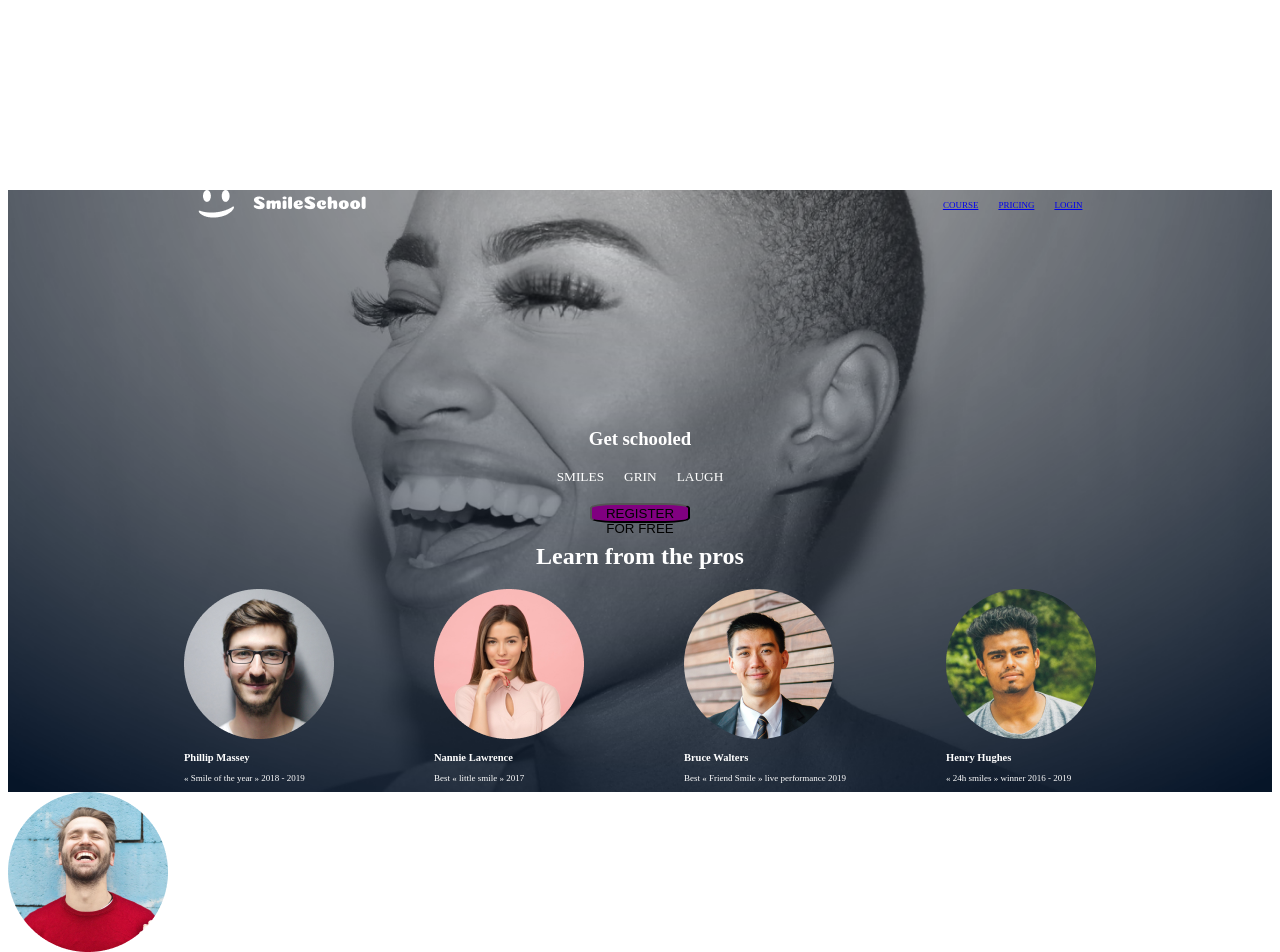
Repository: mwihakiann/alx_html_css
Page: css_advanced/index.html
An editor plug-in stored every save of this project. The page is shown before and after the next save, followed by the edit.
The browser window is 1280 px wide. The pictures show the part of the page from y = 0 to 952 px (the page is 3642 px tall before and 3722 px after).
A picture or video elsewhere on the page could not be fetched, so the positions and the page height are approximate. Some web libraries are served in a nearby version.

Above is the page before, as saved 2025-09-28 18:19:57.

After the next save:
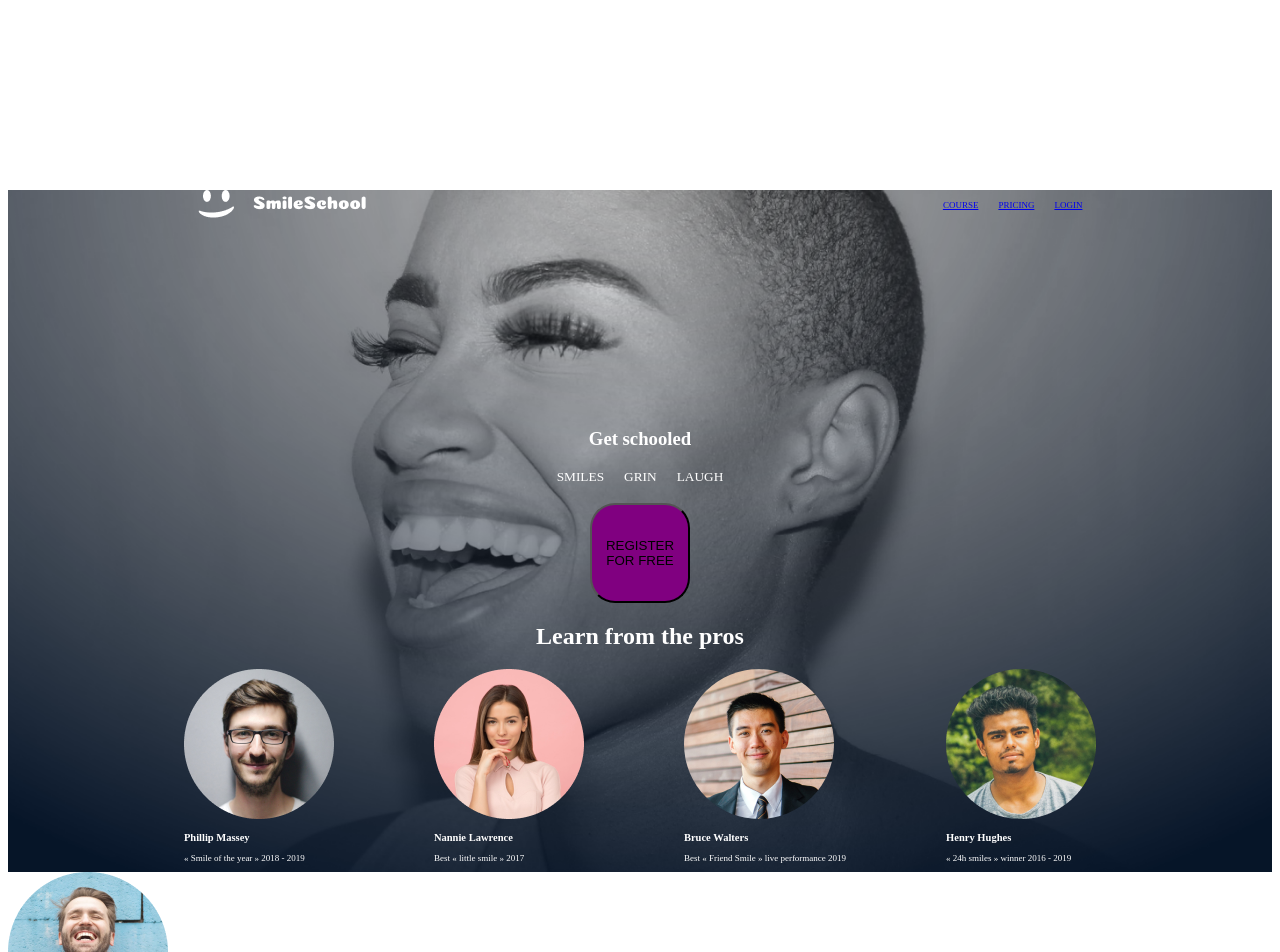
Saved 4 s later.
--- a/css_advanced/styles.css
+++ b/css_advanced/styles.css
@@ -34,7 +34,7 @@ h1{
 .register{
     background-color: purple;
     width: 100px;
-    height:20px;
+    height:100px;
     border-radius: 25%;
     gap: 100px;
 }
